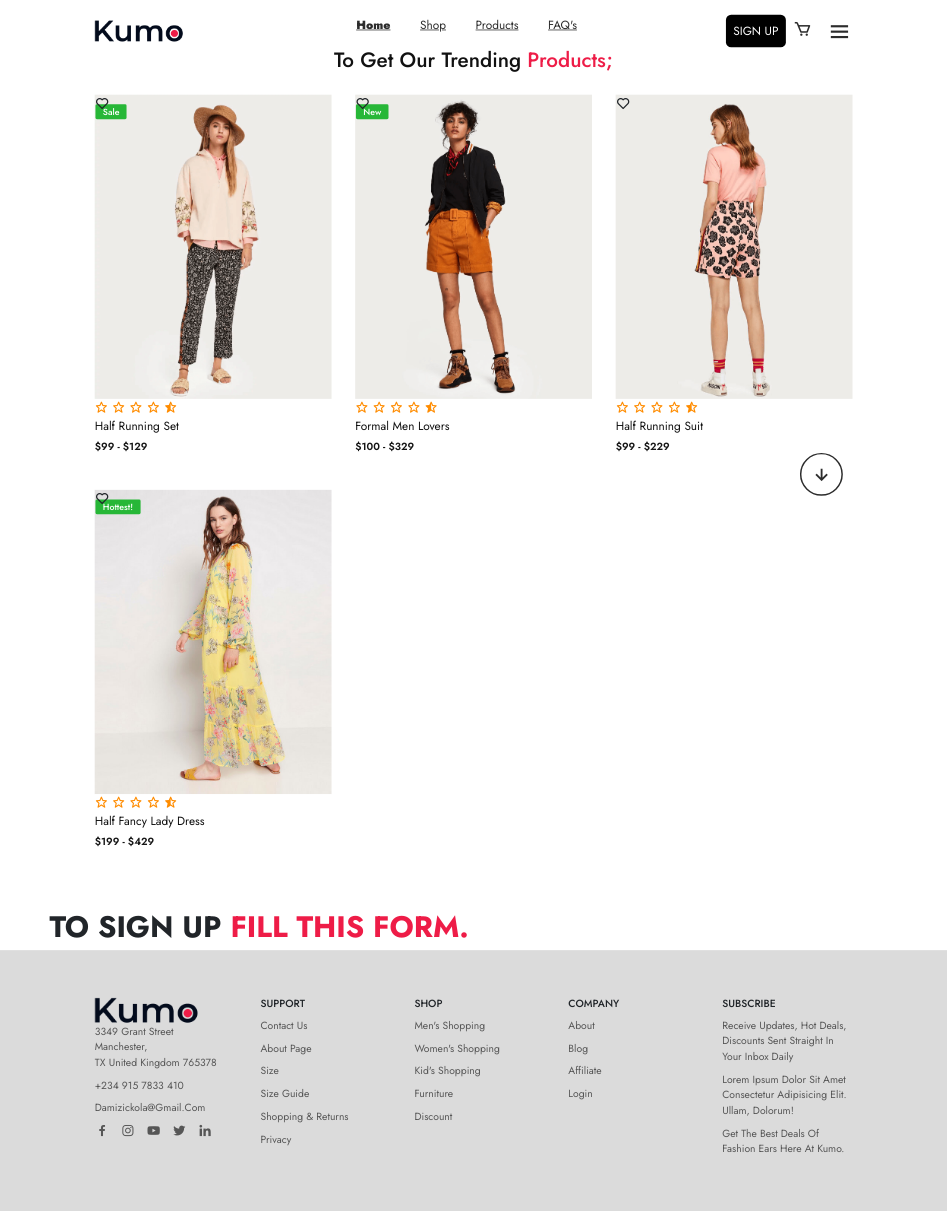
Repository: isaacCodes1/Kumo-Website.
Page: form.html
An editor plug-in stored every save of this project. The page is shown before and after the next save, followed by the edit.
The browser window is 1280 px wide. The pictures show the whole page, at 74% of full size.

Above is the page before, as saved 2024-03-26 11:26:26.

### form.html
<!DOCTYPE html>
<html lang="en">
  <head>
    <meta charset="UTF-8" />
    <meta name="viewport" content="width=device-width, initial-scale=1.0" />
    <link rel="stylesheet" href="style.css" />
    <link rel="stylesheet" href="Mediaquery.css" />
    <link rel="preconnect" href="https://fonts.googleapis.com" />
    <link rel="preconnect" href="https://fonts.gstatic.com" crossorigin />
    <link
      href="https://fonts.googleapis.com/css2?family=Bricolage+Grotesque:opsz,wght@12..96,200..800&family=Jost:ital,wght@0,100..900;1,100..900&family=Montserrat:ital,wght@0,100..900;1,100..900&family=Poppins:ital,wght@0,100;0,200;0,300;0,400;0,500;0,600;0,700;0,800;0,900;1,100;1,200;1,300;1,400;1,500;1,600;1,700;1,800;1,900&display=swap"
      rel="stylesheet"
    />
    <link
      rel="stylesheet"
      href="https://cdnjs.cloudflare.com/ajax/libs/font-awesome/6.5.1/css/all.min.css"
      integrity="sha512-DTOQO9RWCH3ppGqcWaEA1BIZOC6xxalwEsw9c2QQeAIftl+Vegovlnee1c9QX4TctnWMn13TZye+giMm8e2LwA=="
      crossorigin="anonymous"
      referrerpolicy="no-referrer"
    />
    <link
      rel="stylesheet"
      href="https://unpkg.com/boxicons@latest/css/boxicons.min.css"
    />
    <link
      href="https://cdn.jsdelivr.net/npm/bootstrap@5.2.3/dist/css/bootstrap.min.css"
      rel="stylesheet"
      integrity="sha384-rbsA2VBKQhggwzxH7pPCaAqO46MgnOM80zW1RWuH61DGLwZJEdK2Kadq2F9CUG65"
      crossorigin="anonymous"
    />
    <script
      src="https://cdn.jsdelivr.net/npm/bootstrap@5.2.3/dist/js/bootstrap.bundle.min.js"
      integrity="sha384-kenU1KFdBIe4zVF0s0G1M5b4hcpxyD9F7jL+jjXkk+Q2h455rYXK/7HAuoJl+0I4"
      crossorigin="anonymous"
    ></script>
    <title>Document</title>
  </head>
  <body>
    <header>
      <a href="index.html" class="logo"><img src="Assets/logo.png" alt="" /></a>
      <ul class="navmenu">
        <li><a style="font-weight: 900" href="index.html">Home</a></li>
        <li><a href="shop.html">Shop</a></li>
        <li><a href="products.html">Products</a></li>
        <li><a href="Questions.html">FAQ's</a></li>
      </ul>
      <div class="nav-icon">
        <a href="form.html" class="yes">SIGN UP</a>
        <a href="#"><i class="bx bx-cart"></i></a>
        <div class="bx bx-menu" id="menu-icon"></div>
      </div>
    </header>
    <!-- <trending-products-section-->
    <section class="trending-product" id="trending">
      <div class="center-text">
        <h2>To Get Our Trending <span>Products;</span></h2>
      </div>
      <div class="products">
        <div class="row">
          <img src="/Assets/1.jpg" alt="" />
          <div class="product-text">
            <h5>Sale</h5>
          </div>
          <div class="heart-icon">
            <i class="bx bx-heart"></i>
          </div>
          <div class="ratting">
            <i class="bx bx-star"></i>
            <i class="bx bx-star"></i>
            <i class="bx bx-star"></i>
            <i class="bx bx-star"></i>
            <i class="bx bxs-star-half"></i>
          </div>
          <div class="price">
            <h4>Half Running Set</h4>
            <p>$99 - $129</p>
          </div>
        </div>

        <div class="row">
          <img src="/Assets/2.jpg" alt="" />
          <div class="product-text">
            <h5>New</h5>
          </div>
          <div class="heart-icon">
            <i class="bx bx-heart"></i>
          </div>
          <div class="ratting">
            <i class="bx bx-star"></i>
            <i class="bx bx-star"></i>
            <i class="bx bx-star"></i>
            <i class="bx bx-star"></i>
            <i class="bx bxs-star-half"></i>
          </div>
          <div class="price">
            <h4>Formal Men Lovers</h4>
            <p>$100 - $329</p>
          </div>
        </div>
        <div class="row">
          <img src="/Assets/3.jpg" alt="" />
          <div class="heart-icon">
            <i class="bx bx-heart"></i>
          </div>
          <div class="ratting">
            <i class="bx bx-star"></i>
            <i class="bx bx-star"></i>
            <i class="bx bx-star"></i>
            <i class="bx bx-star"></i>
            <i class="bx bxs-star-half"></i>
          </div>
          <div class="price">
            <h4>Half Running Suit</h4>
            <p>$99 - $229</p>
          </div>
        </div>
        <div class="row">
          <img src="/Assets/4.jpg" alt="" />
          <div class="product-text">
            <h5>Hottest!</h5>
          </div>
          <div class="heart-icon">
            <i class="bx bx-heart"></i>
          </div>
          <div class="ratting">
            <i class="bx bx-star"></i>
            <i class="bx bx-star"></i>
            <i class="bx bx-star"></i>
            <i class="bx bx-star"></i>
            <i class="bx bxs-star-half"></i>
          </div>
          <div class="price">
            <h4>Half Fancy Lady Dress</h4>
            <p>$199 - $429</p>
          </div>
        </div>
      </div>
      <div class="down-arrow">
        <a href="#contact-info" class="down"
          ><i class="bx bx-down-arrow-alt"></i
        ></a>
      </div>
    </section>
    <h1 class="final">TO SIGN UP <span> FILL THIS FORM.</span></h1>
    <form action=""></form>
    <!-- contact-section -->

    <section class="contact">
      <div class="contact-info" id="contact-info">
        <div class="first-info">
          <img src="/Assets/logo.png" alt="" />
          <p>3349 Grant street Manchester, <br />TX United kingdom 765378</p>
          <p>+234 915 7833 410</p>
          <a href="https://mail.google.com/mail/u/0/#inbox"
            ><p>damizickola@gmail.com</p></a
          >

          <div class="social-icon">
            <a href="https://www.facebook.com/profile.php?id=61551880766580"
              ><i class="bx bxl-facebook"></i
            ></a>
            <a href="https://instagram.com"><i class="bx bxl-instagram"></i></a>
            <a href="https://www.youtube.com/watch?v=FaNTVjATYHQ"
              ><i class="bx bxl-youtube"></i
            ></a>
            <a href="#"><i class="bx bxl-twitter"></i></a>
            <a href="#"><i class="bx bxl-linkedin"></i></a>
          </div>
        </div>
        <div class="second-info">
          <h4>Support</h4>
          <p>Contact Us</p>
          <p>About Page</p>
          <p>Size</p>
          <p>Size Guide</p>
          <p>Shopping & Returns</p>
          <p>Privacy</p>
        </div>

        <div class="third-info">
          <h4>Shop</h4>
          <p>Men's Shopping</p>
          <p>Women's Shopping</p>
          <p>Kid's Shopping</p>
          <p>Furniture</p>
          <p>Discount</p>
        </div>
        <div class="fourth-info">
          <h4>Company</h4>
          <p>About</p>
          <p>Blog</p>
          <p>Affiliate</p>
          <p>Login</p>
        </div>

        <div class="five">
          <h4>Subscribe</h4>
          <p>
            Receive Updates, Hot Deals, Discounts Sent Straight In your Inbox
            Daily
          </p>
          <p>
            Lorem ipsum dolor sit amet consectetur adipisicing elit. Ullam,
            dolorum!
          </p>
          <p>Get The Best Deals Of Fashion ears Here At Kumo.</p>
        </div>
      </div>
    </section>
  </body>
  <script
    src="https://cdn.jsdelivr.net/npm/@popperjs/core@2.11.6/dist/umd/popper.min.js"
    integrity="sha384-oBqDVmMz9ATKxIep9tiCxS/Z9fNfEXiDAYTujMAeBAsjFuCZSmKbSSUnQlmh/jp3"
    crossorigin="anonymous"
  ></script>
  <script
    src="https://cdn.jsdelivr.net/npm/bootstrap@5.2.3/dist/js/bootstrap.min.js"
    integrity="sha384-cuYeSxntonz0PPNlHhBs68uyIAVpIIOZZ5JqeqvYYIcEL727kskC66kF92t6Xl2V"
    crossorigin="anonymous"
  ></script>
  <script src="java.js"></script>
</html>

### style.css
* {
  margin: 0;
  padding: 0;
  box-sizing: border-box;
  scroll-behavior: smooth;
  font-family: "Jost", sans-serif;
  list-style-type: none;
  text-decoration: none;
}
header {
  position: fixed;
  width: 100%;
  top: 0;
  right: 0;
  z-index: 1000;
  display: flex;
  align-items: center;
  justify-content: space-between;
  padding: 20px 10%;
}
.logo img {
  max-width: 120px;
  height: auto;
}
.navmenu {
  display: flex;
}
.navmenu li :hover {
  background: #000;
}
.navmenu a {
  color: #2c2c2c;
  font-size: 16px;
  text-transform: capitalize;
  padding: 10px 20px;
  font-weight: 400;
  transition: all 0.42s ease;
}
.navmenu a:hover {
  color: #ee1c47;
}
.nav-icon {
  display: flex;
  align-items: center;
}
.nav-icon i {
  margin-right: 20px;
  color: #2c2c2c;
  font-size: 25px;
  font-weight: 400;
  transition: all 0.42s ease;
}
.nav-icon i:hover {
  transform: scale(1.05);
  color: #ee1c47;
}
#menu-icon {
  font-size: 35px;
  color: #2c2c2c;
  z-index: 10001;
  cursor: pointer;
}
section {
  padding: 5% 10%;
}
.main-home {
  width: 100%;
  height: 100vh;
  background-image: url(Assets/banner-3.png);
  background-position: center;
  background-size: cover;
  display: grid;
  grid-template-columns: repeat(1, 1fr);
  align-items: center;
}
.main-text h5 {
  color: #ee1c47;
  font-size: 16px;

  text-transform: capitalize;
  font-weight: 500;
}
.main-text h1 {
  color: #000;
  font-size: 65px;
  text-transform: capitalize;
  line-height: 1.1;
  font-weight: 600;
  margin: 6px 0 10px;
}
.main-text p {
  color: #333c56;
  font-size: 20px;
  font-style: italic;
  margin-bottom: 20px;
}
.main-btn {
  display: inline-block;
  color: #111;
  font-size: 16px;
  font-weight: 500;
  text-transform: capitalize;
  border: 2px solid#111;
  padding: 12px 25px;
  transition: all 0.42s ease;
}
.main-btn:hover {
  background: #000;
  color: #fff;
}
.main-btn i {
  vertical-align: middle;
}
.down-arrow {
  position: absolute;
  top: 85%;
  right: 11%;
}
.down i {
  font-size: 30px;
  color: #2c2c2c;
  border: 2px solid #2c2c2c;
  border-radius: 50px;
  padding: 12px 12px;
}
.down i:hover {
  background: #2c2c2c;
  color: #fff;
  transition: all 0.42s ease;
}
header.sticky {
  background: #fff;
  padding: 20px 10%;
  box-shadow: 0px 0px 10px rgb(0 0 0 /10%);
}
/* trending-section-css */
.center-text h2 {
  color: #111;
  font-size: 28px;
  text-transform: capitalize;
  text-align: center;
  margin-bottom: 30px;
}
.center-text span {
  color: #ee1c47;
}
.products {
  display: grid;
  grid-template-columns: repeat(auto-fit, minmax(260px, auto));
  gap: 2rem;
}
.row {
  position: relative;
  transition: all 0.4s;
}
.row img {
  width: 100%;
  height: auto;
  transition: all 0.4s;
}
.row img:hover {
  transform: scale(0.9);
}
.product-text h5 {
  position: absolute;
  top: 13px;
  left: 13px;
  color: #fff;
  font-size: 12px;
  font-weight: 500;
  text-transform: capitalize;
  background: #27b737;
  padding: 3px 10px;
  border-radius: 2px;
}
.heart-icon {
  position: absolute;
  right: 0;
  font-size: 20px;
}
.heart-icon:hover {
  color: #ee1c47;
}
.ratting {
  color: #ff8c00;
  font-size: 18px;
}

.price h4 {
  color: #111;
  font-size: 16px;
  text-transform: capitalize;
  font-weight: 400;
}
.price p {
  color: #151515;
  font-size: 14px;
  font-weight: 600;
}
.client-reviews {
  background: #f3f4f6;
}
.reviews {
  text-align: center;
}
.reviews h3 {
  color: #111;
  font-size: 25px;
  text-transform: capitalize;
  text-align: center;
  font-weight: 700;
}
.reviews img {
  width: 100px;
  height: auto;
  border-radius: 80px;
  margin: 10px 0;
}
.reviews p {
  color: #707070;
  font-size: 16px;
  font-weight: 400;
  line-height: 25px;
  margin-bottom: 10px;
}
.reviews h2 {
  font-size: 22px;
  color: #000;
  font-weight: 400;
  text-transform: capitalize;
  margin-bottom: 2px;
}
/* update-section-css */
.up-center-text h2 {
  text-align: center;
  color: #111;
  font-size: 25px;
  text-transform: capitalize;
  font-weight: 700;
  margin-bottom: 30px;
}
.cart img {
  width: 350px;
  height: auto;
  border-radius: 5px;
}
.update-cart {
  display: grid;
  grid-template-columns: repeat(auto-fit, minmax(380px, auto));
  gap: 1px;
}
.cart h5 {
  color: #636872;
  font-size: 14px;
  text-transform: capitalize;
  font-weight: 500;
}
.cart h4 {
  color: #111;
  font-size: 18px;
  font-weight: 600;
}
.cart p {
  color: #707070;
  font-size: 15px;
  max-width: 380px;
  line-height: 25px;
  margin-bottom: 12px;
}
.cart h6 {
  color: #151515;
  font-size: 14px;
  font-weight: 500;
}
/* contact-section */
.contact {
  background: #dbdbdb;
}
.contact-info {
  display: grid;
  grid-template-columns: repeat(auto-fit, minmax(160px, auto));
  gap: 3rem;
}
.first-info img {
  width: 140px;
  height: auto;
}
.contact-info h4 {
  color: #212529;
  font-size: 14px;
  text-transform: uppercase;
  margin-bottom: 10px;
}
.contact-info p {
  color: #565656;
  font-size: 14px;
  font-weight: 400;
  text-transform: capitalize;
  line-height: 1.5;
  margin-bottom: 10px;
  cursor: pointer;
  transition: all 0.42s;
}
.contact-info p:hover {
  color: #ee1c47;
}
.social-icon i {
  color: #565656;
  margin-right: 10px;
  font-size: 20px;
  transition: all 0.42s;
}
.social-icon i:hover {
  transform: scale(1.3);
}
.end-text {
  text-align: center;
  background: #edfff1;
  padding: 20px;
}
.end-text p {
  color: #111;
  text-transform: capitalize;
}

.location {
  width: 80%;
  margin: auto;
  padding: 80px 0;
}
.location iframe {
  width: 100%;
}
.center-text1 h2 {
  font-size: 30px;
}
.center-text1 span {
  color: #ee1c47;
}
.button3 {
  padding: 9px;
  border: 1px solid blue;
  font-size: 18px;
  border-radius: 5px;
  text-decoration: none;
  background: blue;
  color: #fff;
  transition: all 0.42s ease;
}
.button3:hover {
  color: #000;
  background: #fff;
}
.final {
  margin-left: 67px;
  font-weight: 700;
}
.final span {
  color: #ee1c47;
}
.up-arrow {
  border: 2px solid#000;
  width: 60px;
  border-radius: 50px;
  text-align: center;
  font-size: 30px;
}
.up-arrow i {
  color: #000;
}
.up-arrow :hover {
  background: #000;
  color: #fff;
}

.alert {
  background: blue;
  color: #fff;
  margin-top: 200px;
  font-size: 20px;
  margin-bottom: 150px;
}
.first-info a {
  text-decoration: none;
}
.up-center-text span {
  color: #ee1c47;
}
html,
body {
  position: relative;
  height: 100%;
}
body {
  background: #eee;
  font-family: Helvetica Neue, Helvetica, Arial, sans-serif;
  font-size: 14px;
  color: #000;
  margin: 0;
  padding: 0;
}

swiper-container {
  width: 100%;
  height: 100%;
}

swiper-slide {
  text-align: center;
  font-size: 18px;
  background: #000;
  display: flex;
  justify-content: center;
  align-items: center;
}

swiper-slide img {
  display: block;
  width: 100%;
  height: 100%;
  object-fit: cover;
}
.reviews {
  font-size: 25px;
  font-weight: 900;
}
.reviews span {
  color: #ee1c47;
}
.accordion {
  margin-top: 40px;
  margin-bottom: 10px;
}
.male {
  padding-top: 200px;
}
.male span {
  color: #ee1c47;
}
.yes {
  margin-right: 10px;
  padding: 10px;
  background: #000;
  color: #fff;
  border: 1px;
  transition: 1s ease-in-out;
  border-radius: 7px;
  text-decoration: none;
}
.yes:hover {
  color: #000;
  background: #dbdbdb;
}

### Mediaquery.css
@media (890px) {
  header {
    padding: 20px 3%;
    transition: 0.4s;
  }
  .center-text h2 {
    font-size: 12px;
  }
}
@media (max-width: 630px) {
  .main-text h1 {
    font-size: 50px;
    transition: 0.4s;
  }
  .main-text p {
    font-size: 18px;
    transition: 0.4s;
  }
  .main-btn {
    padding: 10px 20px;
    transition: 0.4s;
  }
  .center-text h2 {
    font-size: 12px;
  }
}
@media (max-width: 750px) {
  .navmenu {
    position: absolute;
    top: 100%;
    right: -100%;
    width: 300px;
    height: 130vh;
    background: #edfff1;
    display: flex;
    flex-direction: column;
    align-items: center;
    padding: 120px 30px;
    transition: all 0.42s;
  }
  .navmenu a {
    display: block;
    margin: 18px 0;
  }
  .navmenu.open {
    right: 0;
  }
  .center-text h2 {
    font-size: 12px;
  }
}
@media (max-width: 700px) {
  .center-text h2 {
    font-size: 0;
  }
  .header {
    margin-bottom: 20px;
    color: #000;
  }
  .cart {
    align-items: center;
    display: flex;
    flex-direction: column;
  }
  .cart img {
    width: 270px;
    margin-right: 80px;
  }
  .cart p {
    font-size: 10px;
    margin-right: 80px;
  }
  .cart h4 {
    font-size: 12px;
    margin-right: 80px;
  }
  .cart h6 {
    font-size: 10px;
    margin-right: 80px;
  }
  .contact-info {
    display: flex;
    flex-direction: column;
    align-items: center;
  }
  .center-text1 h2 {
    font-size: 25px;
  }
  .navmenu {
    padding-bottom: 30px;
  }
}

### java.js
const header = document.querySelector("header");

window.addEventListener("scroll", function () {
  header.classList.toggle("sticky", window.scrollY > 0);
});

let menu = document.querySelector("#menu-icon");
let navmenu = document.querySelector(".navmenu");

menu.onclick = () => {
  menu.classList.toggle("bx-x");
  navmenu.classList.toggle("open");
};

After the next save:
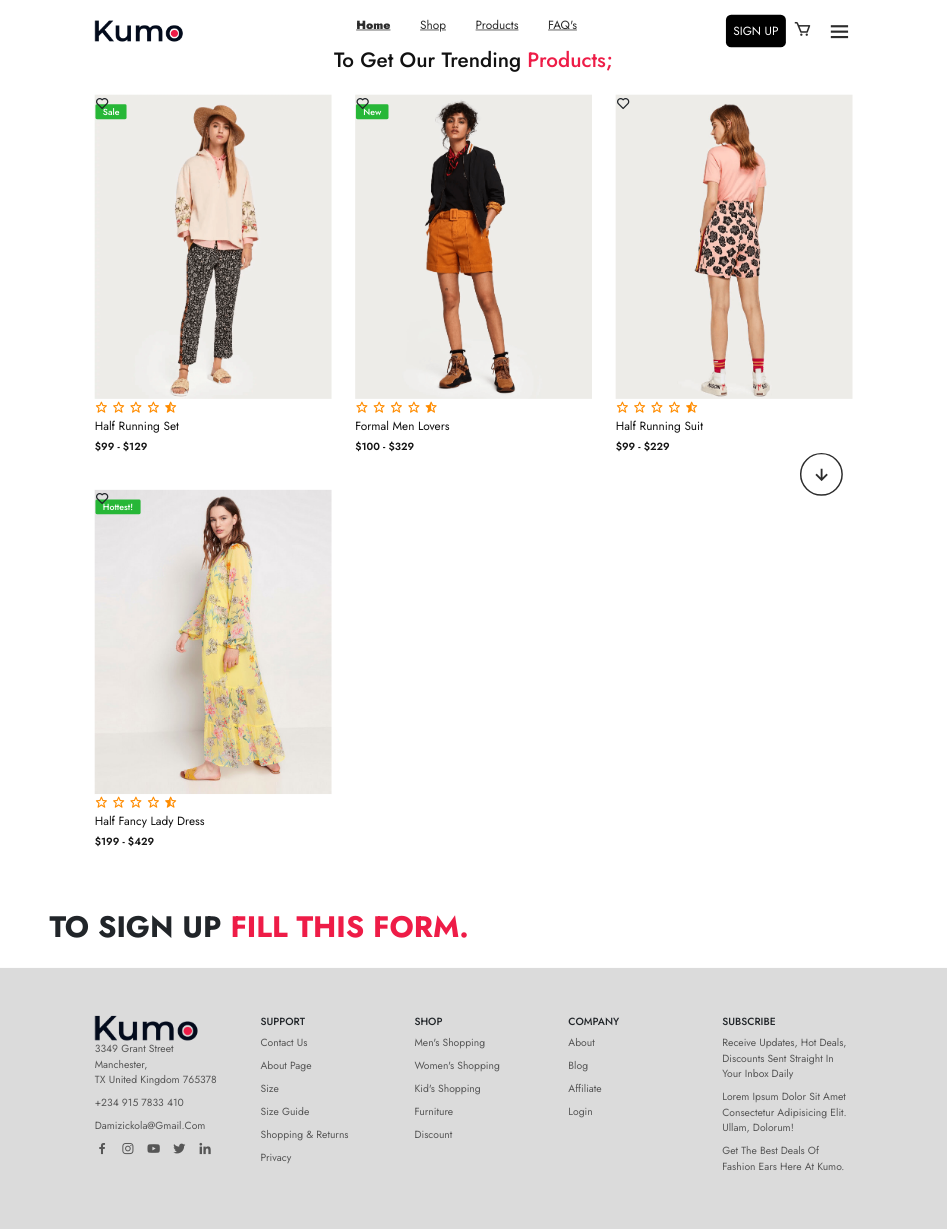
Saved 10 s later.
--- a/form.html
+++ b/form.html
@@ -142,7 +142,9 @@
       </div>
     </section>
     <h1 class="final">TO SIGN UP <span> FILL THIS FORM.</span></h1>
-    <form action=""></form>
+    <form action="">
+      <label for=""></label>
+    </form>
     <!-- contact-section -->
 
     <section class="contact">
